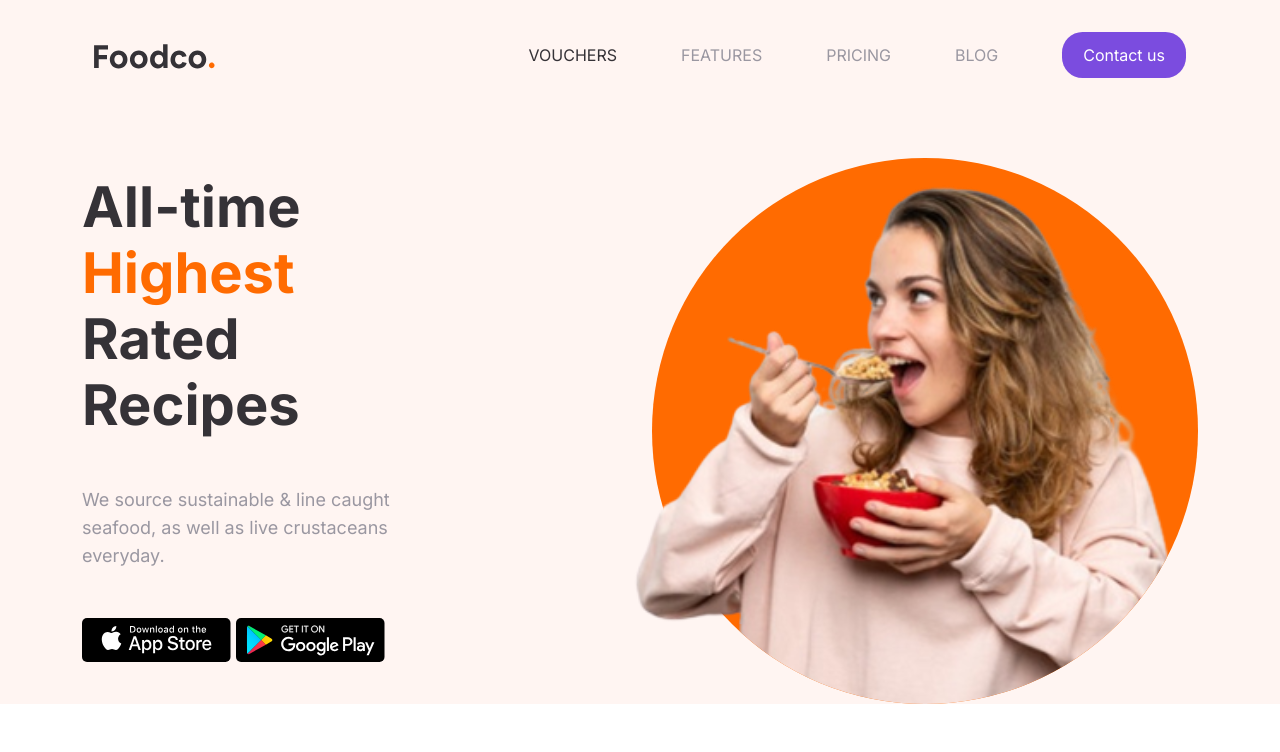
Repository: badhon252/Foodco
Page: index.html
An editor plug-in stored every save of this project. The page is shown before and after the next save, followed by the edit.
The browser window is 1280 px wide. The pictures show the whole page.
The style sheet was rebuilt from its Sass, Less or Tailwind sources for each picture, by a compiler version that may differ from the author's.

Above is the page before, as saved 2022-09-15 16:36:39.

After the next save:
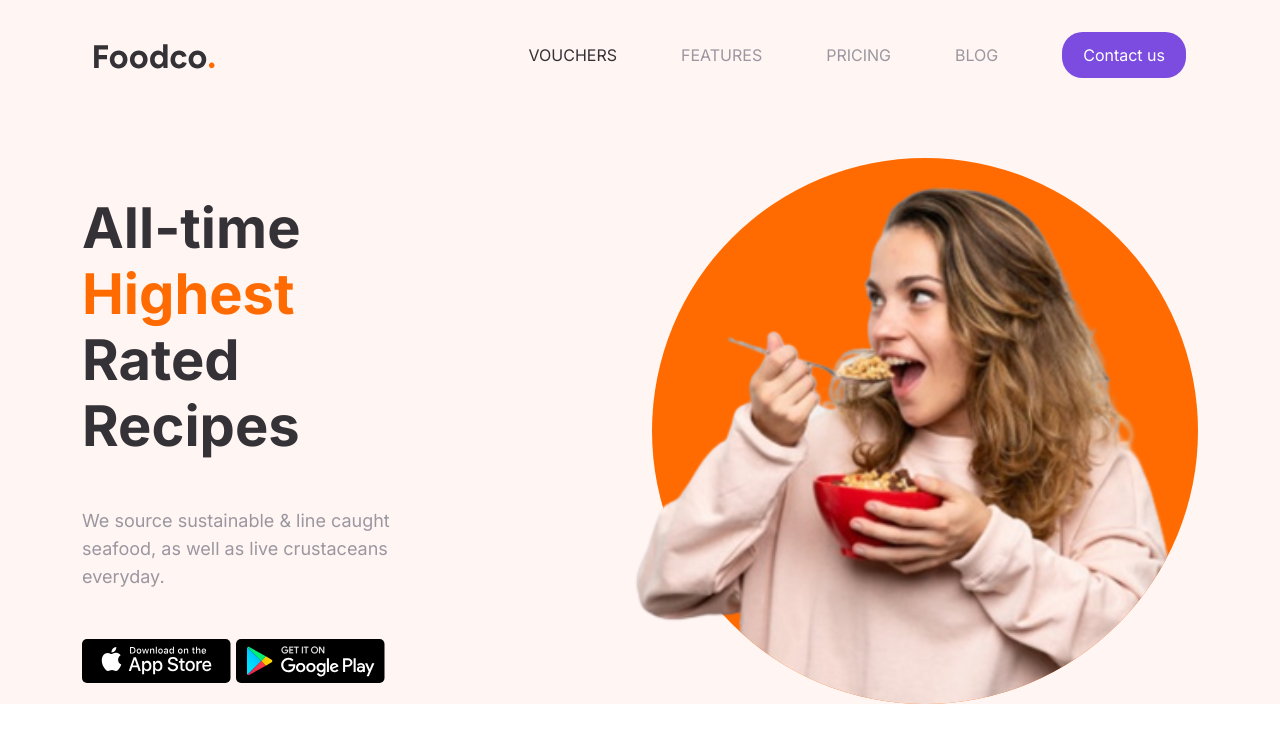
Saved 74 s later.
--- a/scss/style.scss
+++ b/scss/style.scss
@@ -122,6 +122,9 @@
   }
 
   .header-content {
+    .left_h_c {
+      align-self: center;
+    }
     h1 {
       font-weight: 700;
       font-size: 56px;
